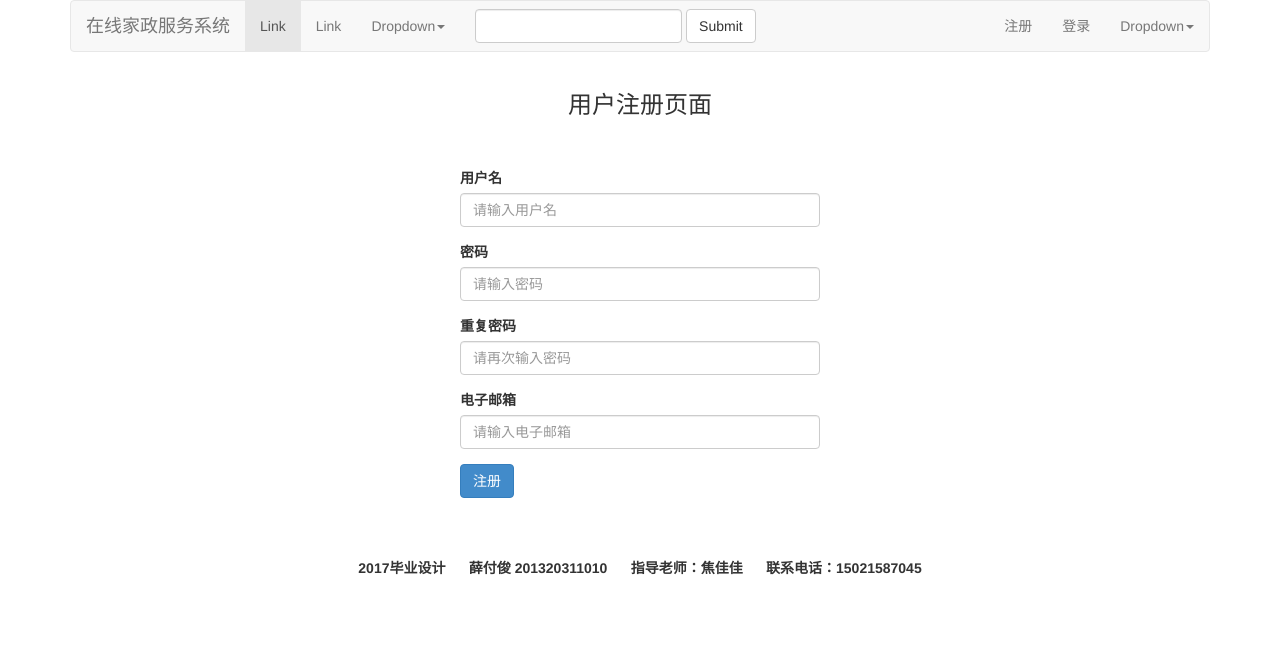
Repository: ELeonCXFJ/MyEclipseWS
Page: http://localhost/MyWeb/jsps/user/register.jsp
An editor plug-in stored every save of this project. The page is shown before and after the next save, followed by the edit.
The browser window is 1280 px wide. The pictures show the whole page.
The page is served by Tomcat 9. Nobody is signed in. The application's start-up code is not run. Other server files are loaded and not shown.

Above is the page before, as saved 2017-03-17 05:01:08.

### MyWeb/WebRoot/jsps/user/register.jsp
<%@ page language="java" import="java.util.*" pageEncoding="UTF-8"%>
<%@ taglib prefix="c" uri="http://java.sun.com/jsp/jstl/core" %>

<!DOCTYPE html>
<html>
<head>
   	<meta charset="utf-8">
   	<meta name="viewport" content="width=device-width, initial-scale=1">
   	<title>用户注册</title>

   	<link rel="stylesheet" href="${pageContext.request.contextPath}/vendor/bootstrap/css/bootstrap.css" />
   	<link rel="stylesheet" href="${pageContext.request.contextPath}/dist/css/bootstrapValidator.css" />

   	<script type="text/javascript" src="${pageContext.request.contextPath}/vendor/jquery/jquery.min.js"></script>
   	<script type="text/javascript" src="${pageContext.request.contextPath}/vendor/bootstrap/js/bootstrap.min.js"></script>
	<script type="text/javascript" src="${pageContext.request.contextPath}/dist/js/bootstrapValidator.js"></script>

</head>

<body>
<div class="container" >

	<div class="row clearfix">
	<c:import url="../../top.jsp"></c:import>
		<div class="col-md-12 column">
		<h3 align="center">用户注册页面</h3></br></br>
		</div>
	</div>
	<div class="row clearfix">
		<div class="col-md-4 column">
		</div>

		<div class="col-md-4 column">
			<form id="mainform" action="<c:url value='/UserServlet'/>" method="post" role="form">
				<input type="hidden" name="method" value="register"/>
				<div class="form-group">
					 <label for="username">用户名</label>
					 <input type="text" name="username" class="form-control" id="username" placeholder="请输入用户名" data-bv-remote="true"/>
				</div>

				<div class="form-group">
					 <label for="password">密码</label>
					 <input type="password" name="password" class="form-control" id="password" placeholder="请输入密码"  />
				</div>

				<div class="form-group">
					 <label for="confirmpassword">重复密码</label>
					 <input type="password" name="confirmpassword" class="form-control" id="confirmpassword" placeholder="请再次输入密码"  />
				</div>

				<div class="form-group">
					 <label for="email">电子邮箱</label>
					 <input type="text" name="email" class="form-control" id="username" placeholder="请输入电子邮箱"/>
				</div>

				<button type="submit" class="btn btn-primary">注册</button>
			</form>
		</div>

		<div class="col-md-4 column">
		</div>

	</div>
	</div>
<c:import url="../../bottom.jsp"></c:import>
<div>
</div>
<script type="text/javascript">
$("#mainform").bootstrapValidator({
	message:"This value is not valid",
        feedbackIcons: {
            valid: 'glyphicon glyphicon-ok',
            invalid: 'glyphicon glyphicon-remove',
            validating: 'glyphicon glyphicon-refresh'
        },
        fields:{
			username:{
				validators:{
					notEmpty:{
						message:'用户名不能为空'
					},
					stringLength:{
						min:6,
						max:20,
						message:"用户名长度必须在6-20个字符之间"
					},
					regexp:{
						regexp:/^[a-zA-Z0-9_\.]+$/,
						message:"用户名只能由字母、数字、点和下划线组成",
					},
					threshold:6,
					remote:{
						url:'../../UserServlet?method=ajaxValidatorUserName',
						data:{username:$("#username").text()},
						delay : 1000,
						type:'POST',
						message:'该用户已存在',
					},
				}
			},

			password:{
				validators:{
					notEmpty:{
						message:'密码不能为空'
					},
					identical:{
						field: 'confirmpassword',
						message: '两次输入的密码不相同',
					},
					different:{
						field: 'username',
						message:'用户密码不能和账户名相同'
					},
					stringLength:{
						min:5,
						max:20,
						message:'密码长度必须在5-20个字符之间'
					},
				}
			},

			confirmpassword:{
				validators:{
					notEmpty:{
						message:'请重复输入密码'
					},
					identical:{
						field: 'password',
						message: '两次输入的密码不相同',
					},
					different:{
						field: 'username',
						message:'用户密码不能和账户名相同'
					},
					stringLength:{
						min:5,
						max:20,
						message:"密码长度必须在5-20个字符之间"
					},
				}
			},
			email:{
				validators:{
					emailAddress:{
						message:"当前输入的邮箱格式有误，请确认该邮箱为有效邮箱地址"
					},
					notEmpty:{
						message:'电子邮箱不能为空'
					},
					remote:{
						url:'../../UserServlet?method=ajaxValidatorEmail',
						data:{username:$("#email").text()},
						delay : 1000,
						type:'POST',
						message:'该邮箱已被注册',
					},
				}
			},
        }
    });
</script>
</body>
</html>

### MyWeb/WebRoot/top.jsp
<%@ page language="java" import="java.util.*" pageEncoding="UTF-8"%>
<%@ taglib prefix="c" uri="http://java.sun.com/jsp/jstl/core" %>

<!DOCTYPE html>
<html>
<head>
   <meta charset="utf-8">
   <title>导航栏</title>
</head>
<body>

<div class="container" align="center">
	<div class="row clearfix">
		<div class="col-md-12 column">
			<nav class="navbar navbar-default" role="navigation">
				<div class="navbar-header">
					 <button type="button" class="navbar-toggle" data-toggle="collapse" data-target="#bs-example-navbar-collapse-1"> <span class="sr-only">Toggle navigation</span><span class="icon-bar"></span><span class="icon-bar"></span><span class="icon-bar"></span></button> <a class="navbar-brand" href="../../index.jsp">在线家政服务系统</a>
				</div>
				<div class="collapse navbar-collapse" id="bs-example-navbar-collapse-1">
					<ul class="nav navbar-nav">
						<li class="active">
							 <a href="#">Link</a>
						</li>
						<li>
							 <a href="#">Link</a>
						</li>
						<li class="dropdown">
							 <a href="#" class="dropdown-toggle" data-toggle="dropdown">Dropdown<strong class="caret"></strong></a>
							<ul class="dropdown-menu">
								<li>
									 <a href="#">Action</a>
								</li>
								<li>
									 <a href="#">Another action</a>
								</li>
								<li>
									 <a href="#">Something else here</a>
								</li>
								<li class="divider">
								</li>
								<li>
									 <a href="#">Separated link</a>
								</li>
								<li class="divider">
								</li>
								<li>
									 <a href="#">One more separated link</a>
								</li>
							</ul>
						</li>
					</ul>
					<form class="navbar-form navbar-left" role="search">
						<div class="form-group">
							<input type="text" class="form-control" />
						</div> <button type="submit" class="btn btn-default">Submit</button>
					</form>
					<ul class="nav navbar-nav navbar-right">
						<li>
							 <a href="<c:url value='/jsps/user/register.jsp'/>">注册</a>
						</li>
						<li>
							<a href="<c:url value='/jsps/user/login.jsp' />">登录</a>
						</li>
						<li class="dropdown">
							 <a href="#" class="dropdown-toggle" data-toggle="dropdown">Dropdown<strong class="caret"></strong></a>
							<ul class="dropdown-menu">
								<li>
									 <a href="#">Action</a>
								</li>
								<li>
									 <a href="#">Another action</a>
								</li>
								<li>
									 <a href="#">Something else here</a>
								</li>
								<li class="divider">
								</li>
								<li>
									 <a href="#">Separated link</a>
								</li>
							</ul>
						</li>
					</ul>
				</div>
			</nav>
		</div>
	</div>
</div>
</body>

### MyWeb/WebRoot/bottom.jsp
<%@ page language="java" import="java.util.*" pageEncoding="UTF-8"%>
<%@ taglib prefix="c" uri="http://java.sun.com/jsp/jstl/core" %>

<!DOCTYPE html>
<html>
<head>
   <meta charset="utf-8">
   <title>页脚</title>
</head>
<body>

	<div align="center">
		<label for=“bottom"></br></br></br>2017毕业设计&nbsp;&nbsp;&nbsp;&nbsp;&nbsp;&nbsp;薛付俊 201320311010&nbsp;&nbsp;&nbsp;&nbsp;&nbsp;&nbsp;指导老师：焦佳佳&nbsp;&nbsp;&nbsp;&nbsp;&nbsp;&nbsp;联系电话：15021587045</label>
	</div>
	<div style="display:none;">
		<label for="hide">bootstrapvalidator引用自：https://github.com/nghuuphuoc/bootstrapvalidator</label>
	</div>
</body>

Loaded but not shown: MyWeb/WebRoot/dist/css/bootstrapValidator.css (common file); MyWeb/WebRoot/dist/js/bootstrapValidator.js (library)

After the next save:
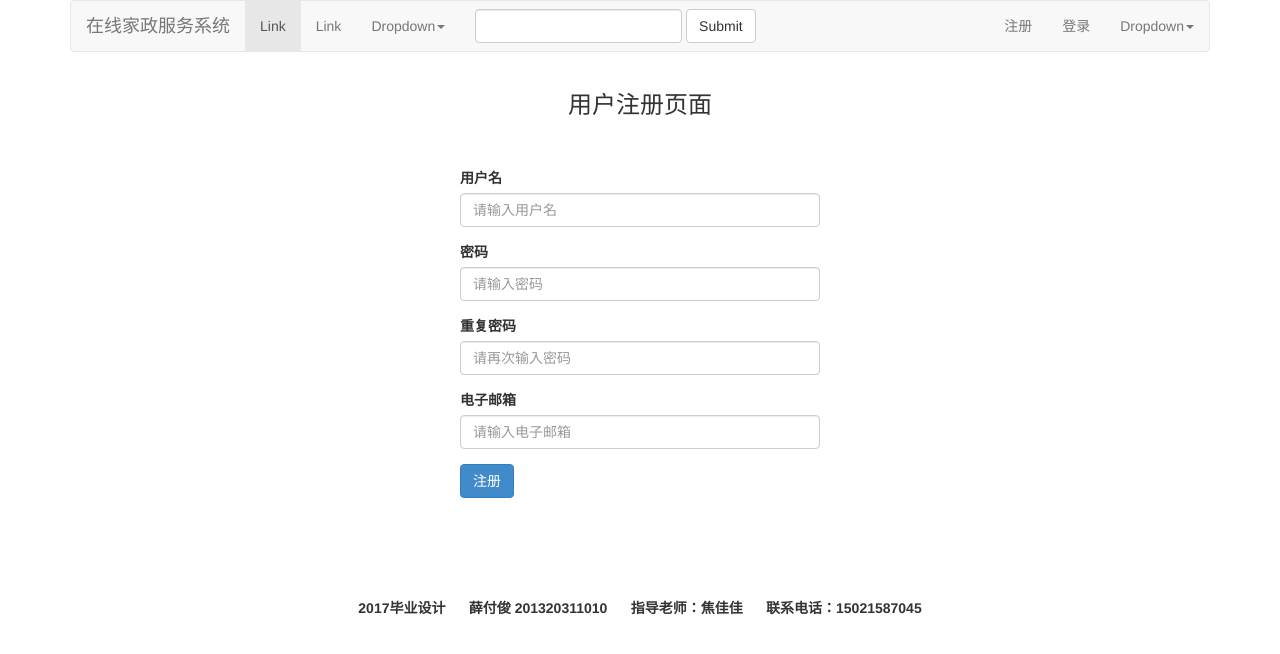
Saved 29 s later.
--- a/MyWeb/WebRoot/jsps/user/register.jsp
+++ b/MyWeb/WebRoot/jsps/user/register.jsp
@@ -62,7 +62,7 @@
 
 	</div>
 	</div>
-<c:import url="../../bottom.jsp"></c:import>
+	</br></br><c:import url="../../bottom.jsp"></c:import>
 <div>
 </div>
 <script type="text/javascript">
